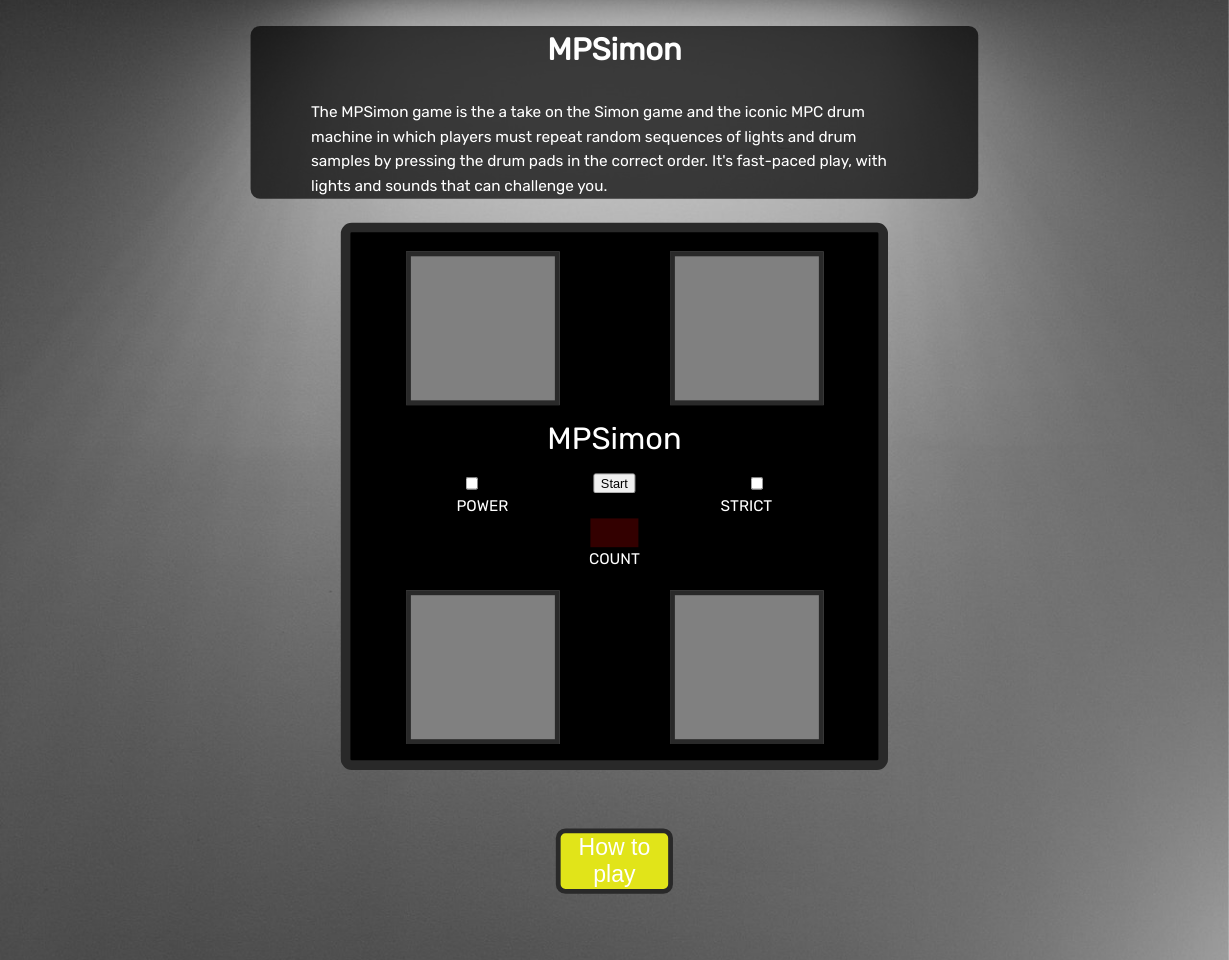
Repository: Neilfoster/MPSimon
Page: index.html
The author's editor kept a record of every edit. The page is drawn from the files as they stood at one moment, then again after the next edit.
The browser window is 1280 px wide. The pictures show the whole page, at 96% of full size.

Above is the page before.

### index.html
<!DOCTYPE html>

<html>

<head>
    <meta charset="UTF-8">
    <meta http-equiv="X-UA-Compatible" content="IE=edge,chrome=1">
    <meta name="viewport" content="width=device-width,initial-scale=1">
    <link href="https://fonts.googleapis.com/css?family=Rubik&display=swap" rel="stylesheet">
    <title>MPSimon</title>
    <link rel="stylesheet" href="css/style.css">
    <audio id="clip1">
      <source src="audio/hat.mp3"></source>
    </audio>
    <audio id="clip2">
      <source src="audio/kick.mp3"></source>
    </audio>
    <audio id="clip3">
      <source src="audio/snare1.mp3"></source>
    </audio>
    <audio id="clip4">
      <source src="audio/snare2.mp3"></source>
    </audio>
</head>

<body>
    <div class="header">
        <h2 class="head-title">MPSimon</h2>
        <p>The MPSimon game is the a take on the Simon game and the iconic MPC drum machine in which players must repeat random sequences of lights and drum samples by pressing the drum pads in the correct order. It's fast-paced play, with lights and sounds
            that can challenge you.</p>
    </div>
    <div id="outer-box">
        <div id="top-row">
            <div id="top-left"></div>
            <div id="top-right"></div>
        </div>
        <div id="inner-box">
            <div id="title" class="text-effect">MPSimon</div>
            <div id="switches">
                <input type="checkbox" class="toggle" id="on">
                <button type="button" id="start">Start</button>
                <input type="checkbox" class="toggle" id="strict">
            </div>
            <div class="text1">
                <span>POWER</span>
                <span>STRICT</span>
            </div>
            <div id="turn"></div>
            <div class="text2">
                COUNT
            </div>
        </div>
        <div id="bottom-row">
            <div id="bottom-left"></div>
            <div id="bottom-right"></div>
        </div>
    </div>

    <div class="rules">
        <button id="modalBtn" class="button">How to play</button>
        <div id="ruleModal" class="modal">
            <div class="modal-content">
                <div class="modal-header">
                    <span class="closeBtn">&times;</span>
                    <h2>How To Play</h2>
                </div>
                <div class="modal-body">
                    <ul>
                        <li>Turn the game on by selecting the power button and then pressing start.</li>
                        <li>MPSimon will give the first signal.</li>
                        <li>Repeat the signal by pressing the same pad.</li>
                        <li>MPSIMON will duplicate the first sound and will add one.</li>
                        <li>Repeat these two sounds by pressing the same pads.</li>
                        <li>MPSIMON will duplicate these first two sounds and add one.</li>
                        <li>Continue in this manner as long as you can repeat each sequence of sound correctly.</li>
                        <li>If you cannot repeat the sequence correctly , MPSIMON will repeat the sequence again until you can.</li>
                        <li>Selecting STRICT mode resets the pattern to the beginning if you get the sequence wrong.</li>
                        <li>To win the game repeat the sequence until it reaches 20 consecutive sounds.</li>
                    </ul>
                </div>
            </div>
        </div>
    </div>
    <script src="js/index.js"></script>
</body>

</html>

### css/style.css
body {
  color:white;
  font-family: 'Rubik', sans-serif;
  line-height: 1.6;
  background-image: url("../images/image-1.jpg");
  background-position: center;
  background-repeat: no-repeat;
  background-size: cover;
}
.header{
  margin:2% 20%;
  padding: 0 5% ;
  border-radius: 10px;
  background: rgba(0,0,0,0.7);
}
.head-title{
  text-align:center;
  font-size:2rem;
  font-family: 'Rubik', sans-serif;
}
#outer-box {
  border: 10px solid #292929 ;
  border-radius: 2%;
  height:550px;
  width:550px;
  margin: auto;
  background-color: black
}
#top-row{
  display: flex;
  flex-direction: row;
  justify-content: space-around;
  margin-top:20px;
}
#bottom-row{
  display: flex;
  flex-direction: row;
  justify-content: space-around;
  margin-top:20px;
}
#inner-box{
  display: flex;
  flex-direction: column;
  justify-content: center;
}
#switches{
  display: flex;
  flex-direction: row;
  justify-content: center;
  }
#top-left {
  border:5px solid #292929;
  height:150px;
  width: 150px;
  background-color: grey;
}
#top-right {
  border: 5px solid #292929;
  height:150px;
  width: 150px;
  background-color: grey;
}
#bottom-left {
  border:5px solid #292929;
  height:150px;
  width: 150px;
  background-color: grey;
}
#bottom-right {
  border: 5px solid #292929;
  height:150px;
  width: 150px;
  background-color: grey;
}
#title {
  display: flex;
  flex-direction: row;
  justify-content: center;
  font-size: 2rem;
  padding: 10px 5px;
}
#turn {
  background: #330000;
  color: red;
  font-family: courier;
  font-size: 20px;
  height: 30px;
  width: 50px;
  text-align: center;
  vertical-align: middle;
  line-height: 30px;
  margin: auto;
}
.toggle {
  margin: auto;
}
.text1 {
  margin: 0;
  display: flex;
  flex-direction: row;
  justify-content: space-around;
  align-items: baseline;
}
.text2 {
  margin: auto;
}
.rules {
  padding: 0px 20px;
}

/*Button*/
.button {
  background-color: #e1e419;
  margin: 5% 45%;
  font-size: 1.5rem;
  color: #fff;
  border-radius:10px;
  border:5px solid #292929;
  }
.button:hover{
  background:#333;
}

/*modal*/
.modal{
  display: none;
  position: fixed;
  z-index: 1;
  left:0;top:0;
  height: 100%;
  width:100%;
  overflow: auto;
  background-color: rgba(0,0,0,0.7);
}
.modal-content{
  background-color: #f4f4f4;
  margin: 20% auto;
  color:black;
  width:60%;
  box-shadow: 0 5px 8px 0 rgba(0,0,0,0.2),
              0 7px 20px 0 rgba(0,0,0,0.2);
  animation-name: modalopen;
  animation-duration: 1s;
}
.modal-header{
  background:grey;
  padding:15px;
  color:#fff;
  text-align: center;
}
.modal-body{
  padding: 10px 20px;
}
.closeBtn{
  color: #fff;
  float:right;
  font-size:30px;
}
.closeBtn:hover,.closeBtn:focus{
  color:#000;
  text-decoration:none;
  cursor:pointer;
}
.rules {
  font-family: 'Merriweather', serif;
  font-size:1.2rem;
}
@keyframes modalopen{
  from{ opacity: 0}
  to {opacity: 1}
}


@media only screen and (max-width: 768px) {
  #outer-box {
  border: 10px solid #292929 ;
  border-radius: 2%;
  height:800px;
  width:500px;
  margin: auto;
  background-color: black
}
#inner-box{
  padding:20% 0;
}
.header {
  display:none;
}
}

### js/index.js
//variables
let order = [] ;
let playerOrder = [] ;
let flash ;
let turn ;
let good ;
let compTurn ;
let intervalID ;
let strict = false ;
let noise = true ;
let on = false ;
let win ;

const turnCounter = document.getElementById("turn");
const topLeft = document.getElementById("top-left");
const topRight = document.getElementById("top-right");
const bottomLeft = document.getElementById("bottom-left");
const bottomRight = document.getElementById("bottom-right");
const strictButton = document.getElementById("strict");
const onButton = document.getElementById("on");
const startButton = document.getElementById("start")

strictButton.addEventListener('click', (event) => {
  if (strictButton.checked == true) {
    strict = true;
  } else {
    strict = false;
  }
});

onButton.addEventListener('click', (event) => {
  if (onButton.checked == true) {
    on = true;
    turnCounter.innerHTML = "-";
  } else {
    on = false;
    turnCounter.innerHTML = "";
    clearColor();
    clearInterval(intervalId);
  }
});

startButton.addEventListener('click', (event) => {
  if (on || win) {
    play();
  }
});

function play() {
  win = false;
  order = [];
  playerOrder = [];
  flash = 0;
  intervalId = 0;
  turn = 1;
  turnCounter.innerHTML = 1;
  good = true;
  for (var i = 0; i < 20; i++) {
    order.push(Math.floor(Math.random() * 4) + 1);
  }
  compTurn = true;

  intervalId = setInterval(gameTurn, 800);
}

function gameTurn() {
  on = false;

  if (flash == turn) {
    clearInterval(intervalId);
    compTurn = false;
    clearColor();
    on = true;
  }

  if (compTurn) {
    clearColor();
    setTimeout(() => {
      if (order[flash] == 1) one();
      if (order[flash] == 2) two();
      if (order[flash] == 3) three();
      if (order[flash] == 4) four();
      flash++;
    }, 200);
  }
}
//pads
function one (){
  if (noise) {
    let audio = document.getElementById('clip1');
    audio.play();
  }
  noise = true;
  topLeft.style.backgroundColor = "#63a785";
}

function two (){
  if (noise) {
    let audio = document.getElementById('clip2');
    audio.play();
  }
  noise = true;
  topRight.style.backgroundColor = "#a76b6b";
}

function three (){
  if (noise) {
    let audio = document.getElementById('clip3');
    audio.play();
  }
  noise = true;
  bottomLeft.style.backgroundColor = "#9da76b";
}

function four (){
  if (noise) {
    let audio = document.getElementById('clip4');
    audio.play();
  }
  noise = true;
  bottomRight.style.backgroundColor = "#6c6ba7";
}

 function clearColor() {
   topLeft.style.backgroundColor = "grey";
   topRight.style.backgroundColor = "grey";
   bottomRight.style.backgroundColor = "grey";
   bottomLeft.style.backgroundColor = "grey";
}
function flashColor() {
  topLeft.style.backgroundColor = "#63a785";
  topRight.style.backgroundColor = "#a76b6b";
  bottomRight.style.backgroundColor = "#9da76b";
  bottomLeft.style.backgroundColor = "#6c6ba7";
}

topLeft.addEventListener('click', (event) => {
  if (on) {
    playerOrder.push(1);
    check();
    one();
    if(!win) {
      setTimeout(() => {
        clearColor();
      }, 300);
    }
  }
})

topRight.addEventListener('click', (event) => {
  if (on) {
    playerOrder.push(2);
    check();
    two();
    if(!win) {
      setTimeout(() => {
        clearColor();
      }, 300);
    }
  }
})

bottomLeft.addEventListener('click', (event) => {
  if (on) {
    playerOrder.push(3);
    check();
    three();
    if(!win) {
      setTimeout(() => {
        clearColor();
      }, 300);
    }
  }
})

bottomRight.addEventListener('click', (event) => {
  if (on) {
    playerOrder.push(4);
    check();
    four();
    if(!win) {
      setTimeout(() => {
        clearColor();
      }, 300);
    }
  }
})

function check() {
  if (playerOrder[playerOrder.length - 1] !== order[playerOrder.length - 1])
    good = false;

  if (playerOrder.length ==20 && good) {
    winGame();
  }

  if (good == false) {
    flashColor();
    turnCounter.innerHTML = "NO!";
    setTimeout(() => {
      turnCounter.innerHTML = turn;
      clearColor();

      if (strict) {
        play();
      } else {
        compTurn = true;
        flash = 0;
        playerOrder = [];
        good = true;
        intervalId = setInterval(gameTurn, 800);
      }
    }, 800);

    noise = false;
  }

  if (turn == playerOrder.length && good && !win) {
    turn++;
    playerOrder = [];
    compTurn = true;
    flash = 0;
    turnCounter.innerHTML = turn;
    intervalId = setInterval(gameTurn, 800);
  }

}

function winGame() {
  flashColor();
  turnCounter.innerHTML = "WIN!";
  on = false;
  win = true;
}

////Modal

// Get Modal Element
let modal = document.getElementById("ruleModal");
// Get open modal button
let modalBtn = document.getElementById("modalBtn");
// get close button
let closeBtn = document.getElementsByClassName("closeBtn")[0];

//Listen for  open click
modalBtn.addEventListener('click',openModal);
//Listen for close click
closeBtn.addEventListener('click',closeModal);
//Listen for outside click
window.addEventListener('click', clickOutside)
// Function to open modal
function openModal(){
  modal.style.display = 'block' ;
}
// Function to close modal
function closeModal(){
  modal.style.display = 'none' ;
}
// Function to close modal if outside click
function clickOutside(e){
  if(e.target == modal){
  modal.style.display = 'none' ;
  }
}

After the next edit:
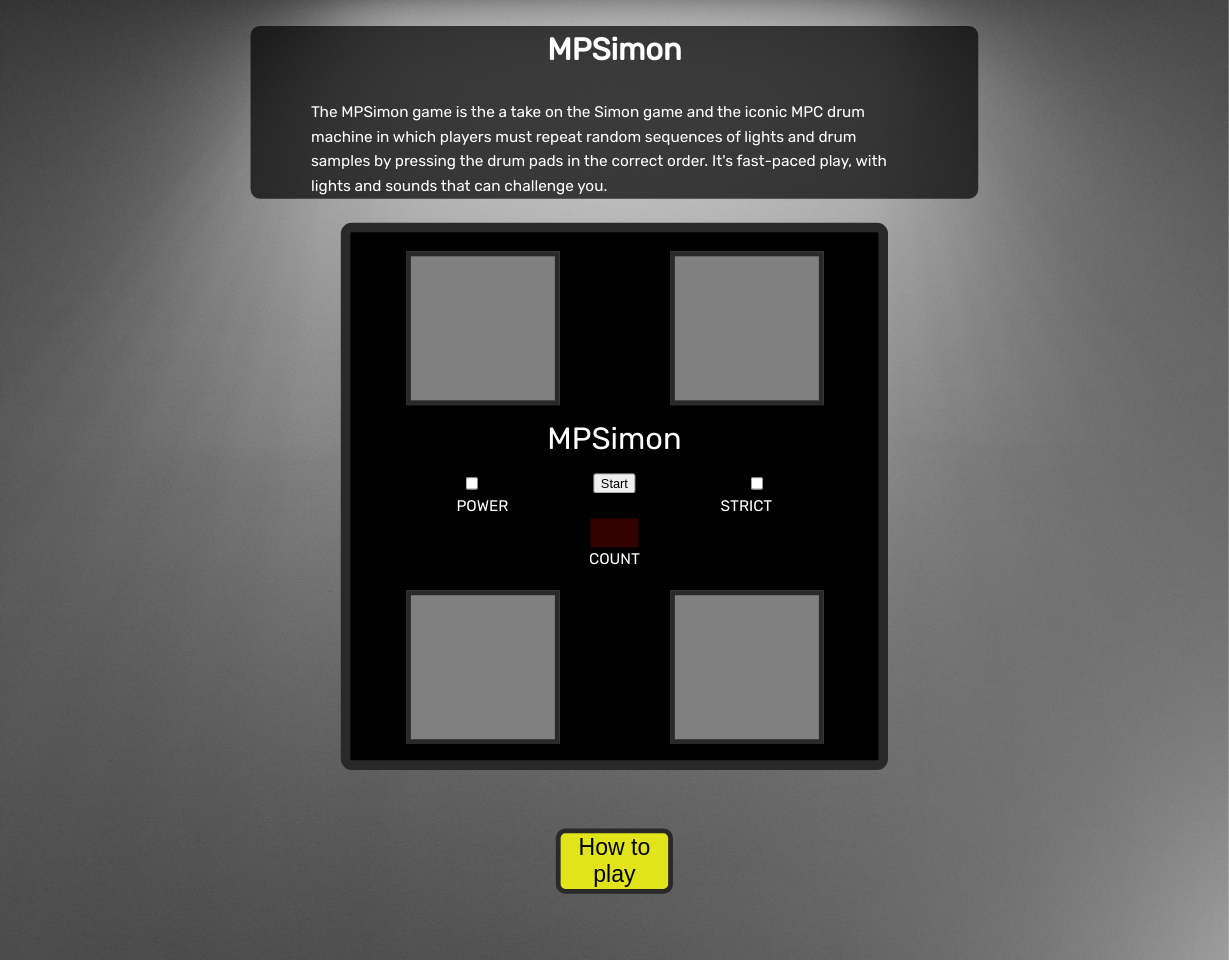
The edit:
--- a/css/style.css
+++ b/css/style.css
@@ -113,7 +113,7 @@
   background-color: #e1e419;
   margin: 5% 45%;
   font-size: 1.5rem;
-  color: #fff;
+  color: #000;
   border-radius:10px;
   border:5px solid #292929;
   }
